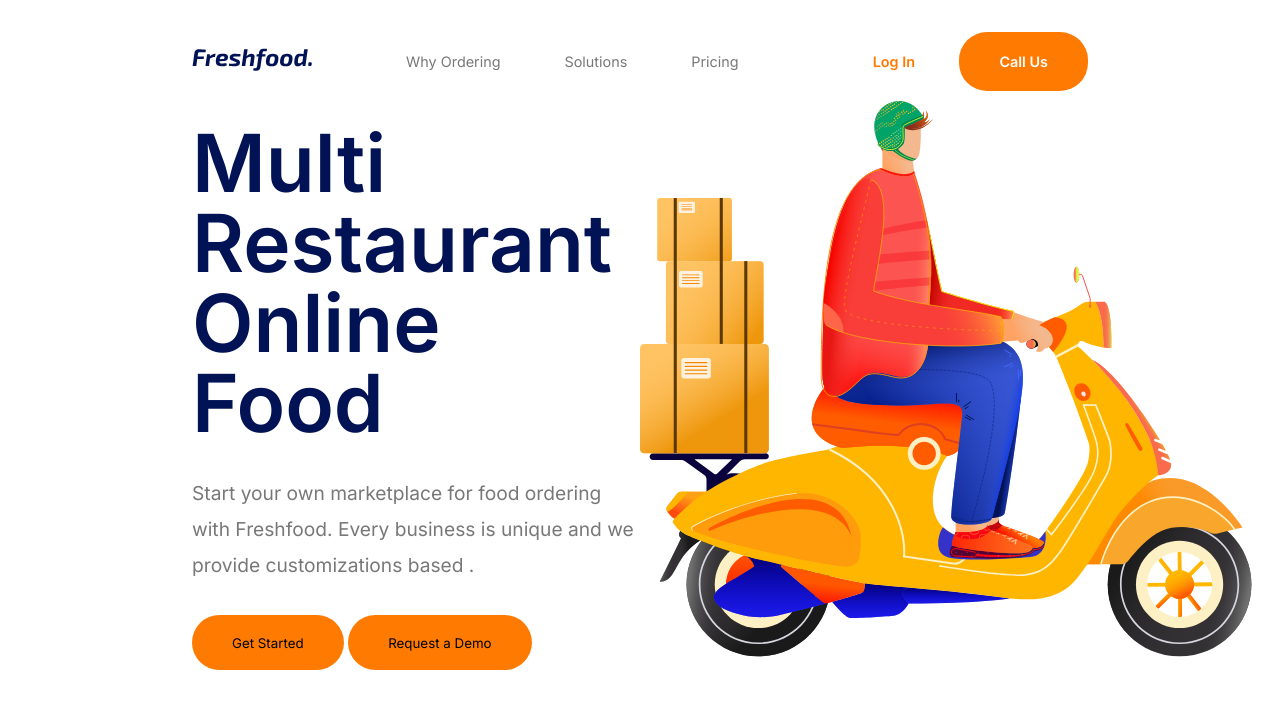
Repository: badhon252/FreshFood
Page: index.html
An editor plug-in stored every save of this project. The page is shown before and after the next save, followed by the edit.
The browser window is 1280 px wide. The pictures show the whole page.
The style sheet was rebuilt from its Sass, Less or Tailwind sources for each picture, by a compiler version that may differ from the author's.

Above is the page before, as saved 2022-09-06 00:30:46.

After the next save:
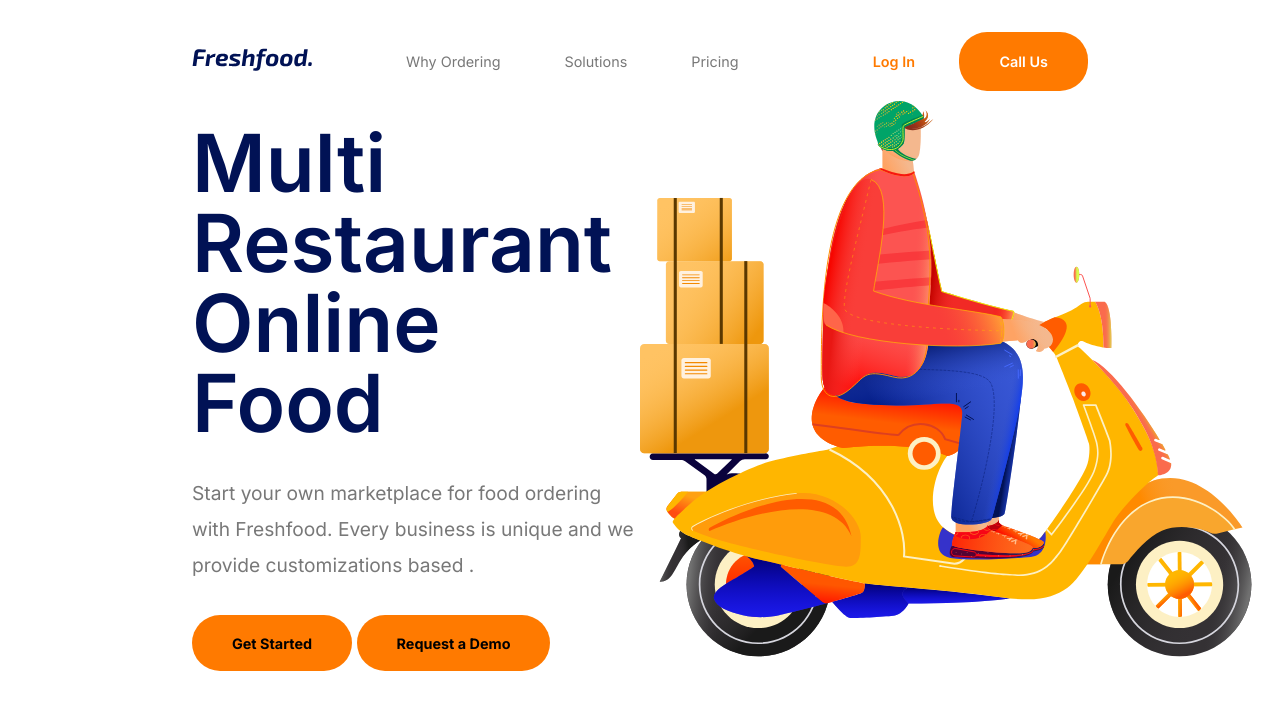
Saved 42 s later.
--- a/scss/style.scss
+++ b/scss/style.scss
@@ -90,5 +90,7 @@
   .btn {
     background: #ff7a00;
     border-radius: 60px;
+    font-size: 0.9rem;
+    font-weight: 700;
   }
 }
